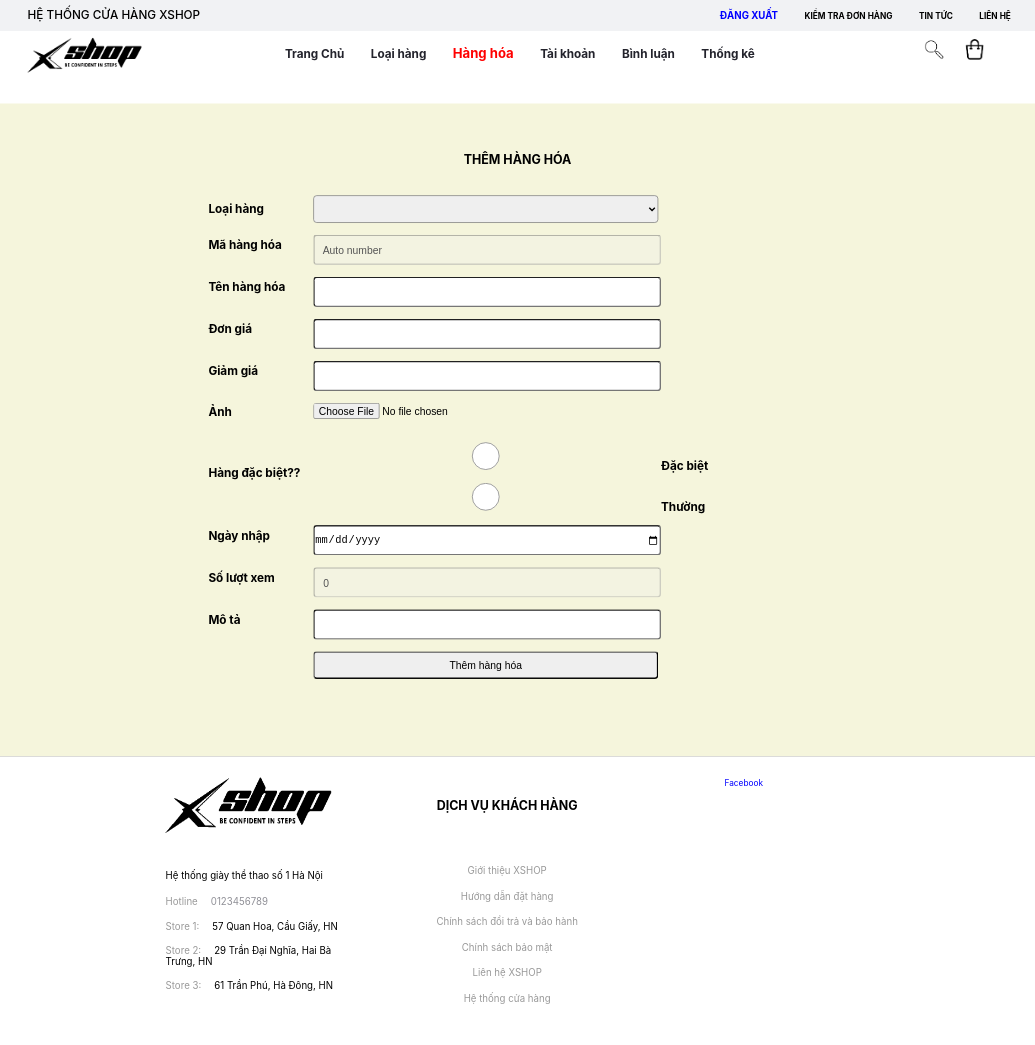
Repository: tienaq123/dam
Page: http://localhost/ass/ad/themsanpham.php
These files come from the project's save history. The page is drawn as it stood at one moment and after the next save; the edit follows.
The browser window is 1280 px wide. The page is 1500 px wide, so the pictures cover 1500 px, including what lies to the right of the window. The pictures show the whole page, at 69% of full size.
The page is run by PHP 8.4 with error messages shown; the project is at /var/www/html/. Queries for data that is not in the repository find no rows.

Above is the page before, as saved 2021-10-22 05:15:25.

After the next save:
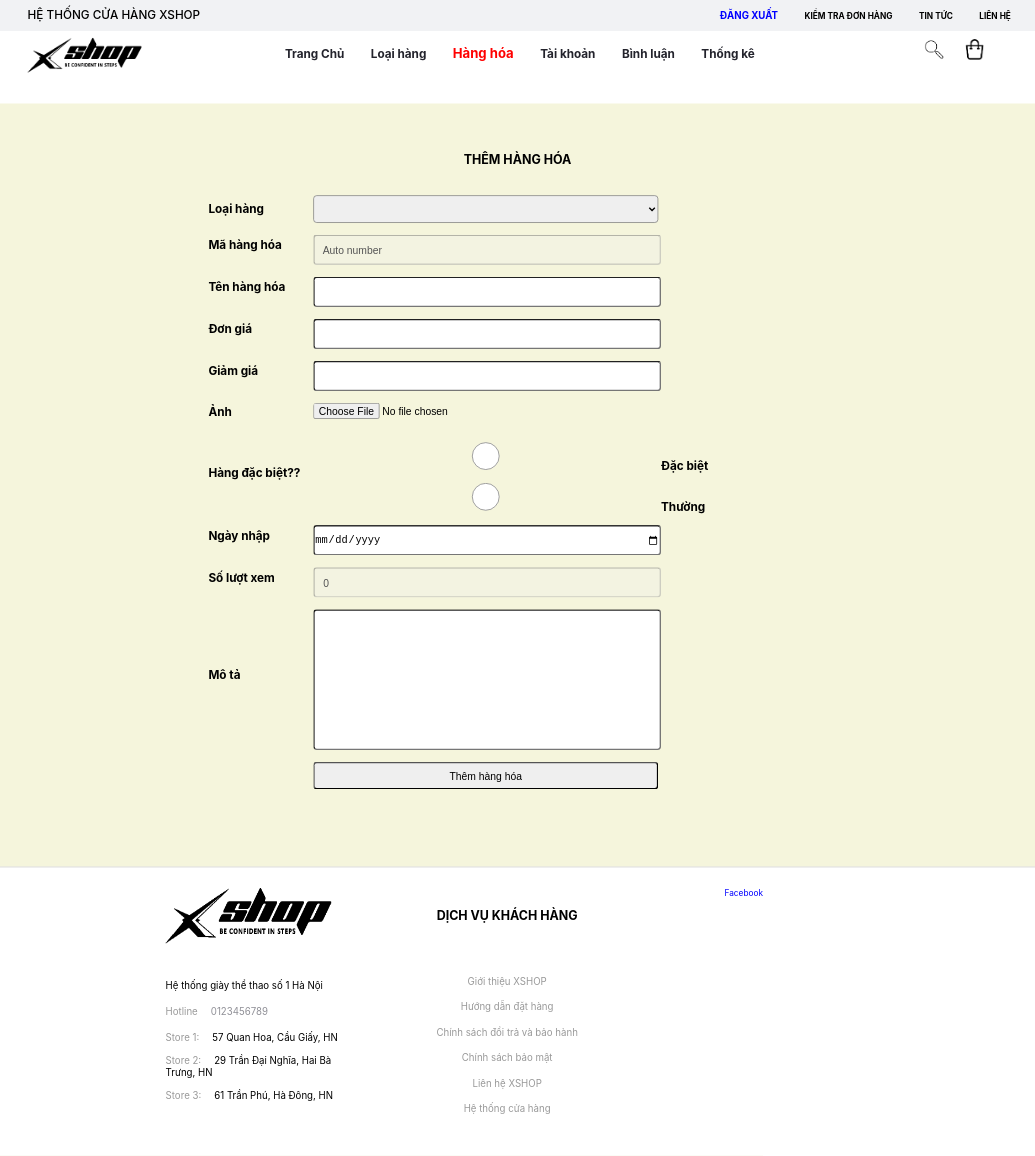
Saved 24 s later.
--- a/ad/themsanpham.php
+++ b/ad/themsanpham.php
@@ -113,7 +113,7 @@
 
                     <tr>
                         <td class="left">Mô tả</td>
-                        <td class="right"><input type="text" name="mo_ta"> <br></td>
+                        <td class="right"><input style="height: 200px;" type="text" name="mo_ta"> <br></td>
                     </tr>
 
                     <tr>
